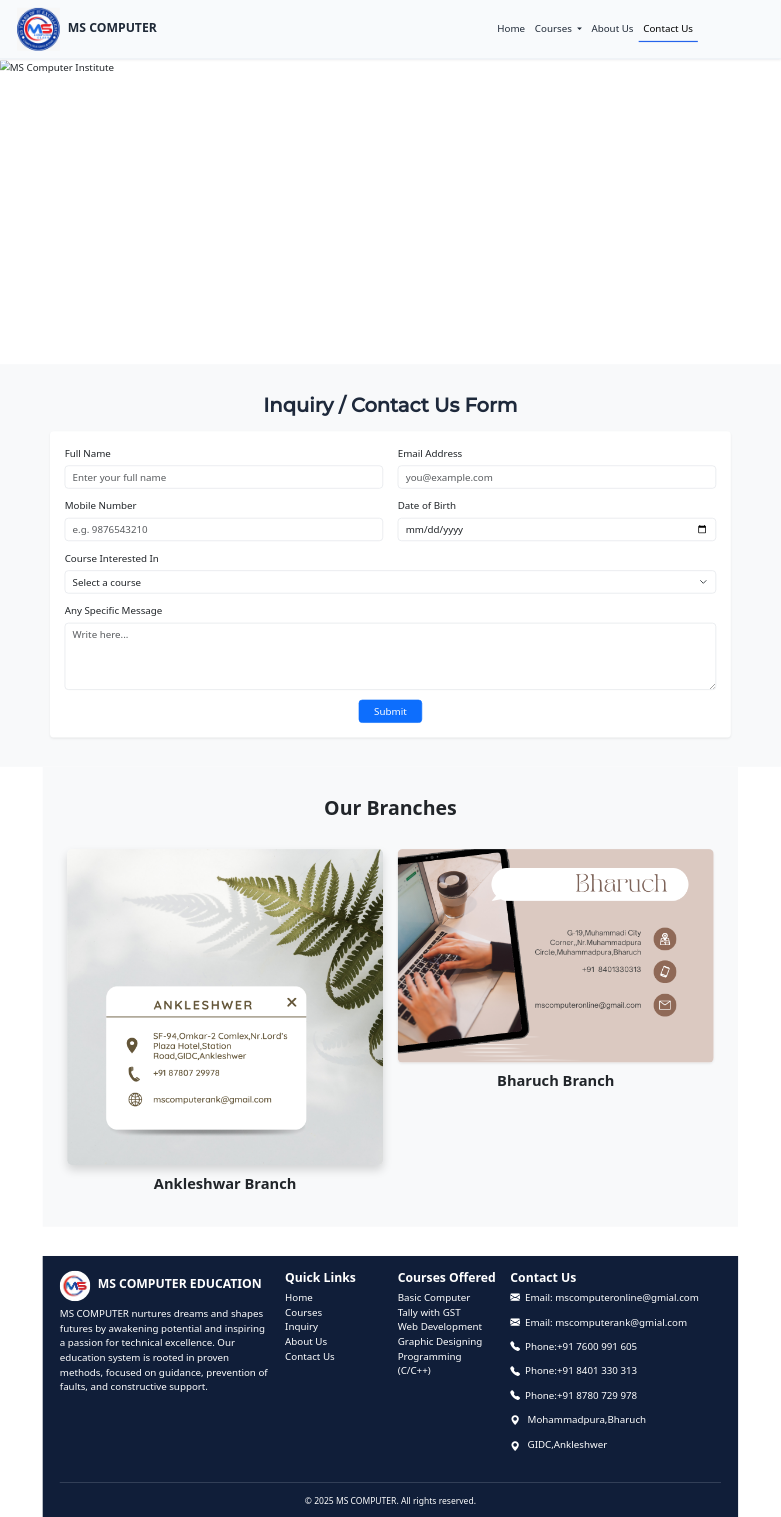
Repository: mscomputer2025/mscomputer
Page: http://localhost/contactus
These files come from the project's save history. The page is drawn as it stood at one moment and after a run of saves; the edit follows.
The browser window is 1280 px wide. The pictures show the whole page, at 61% of full size.
Some web fonts or font styles are not loaded; a fallback is used. The page is served by the project's Laravel application, run on PHP 8.4 with Laravel 12. Other server files are loaded and not shown. Queries for data that is not in the repository find no rows.

Above is the page before, as saved 2025-07-02 20:17:07.

### app/Providers/AppServiceProvider.php
<?php

namespace App\Providers;

use Illuminate\Support\ServiceProvider;
use App\Models\Courses;
use Illuminate\Support\Facades\View;

class AppServiceProvider extends ServiceProvider
{

    public function register(): void
    {
        //
    }

    public function boot()
{
    View::composer('*', function ($view) {
        $view->with('allCourses', Courses::all());
    });
}
}

### app/Providers/ViewServiceProvider.php
<?php

namespace App\Providers;

use Illuminate\Support\ServiceProvider;
use Illuminate\Support\Facades\View;
use Illuminate\View\Compilers\BladeCompiler;
use Illuminate\Support\Facades\Validator;
use App\Models\Courses;

class ViewServiceProvider extends ServiceProvider
{

    public function register(): void
    {
        //
    }


    public function boot()
    {
        View::composer('*', function ($view) {
            $courses = Courses::all();
            $view->with('courses', $courses);
        });
    }
}

### routes/web.php
<?php

use Illuminate\Support\Facades\Route;

Route::get('/', function () {
    return view('homepage');
});
Route::get('/contactus', function () {
    return view('contactus');
});

### app/Models/Courses.php
<?php

namespace App\Models;

use Illuminate\Database\Eloquent\Model;

class Courses extends Model
{
    protected $fillable = [
        'course_id', 'course_title', 'course_image', 'course_duration',
        'course_description', 'course_curriculum', 'course_rating', 'course_reviews'
    ];

    protected $casts = [
        'course_curriculum' => 'array',
    ];
}

### resources/views/contactus.blade.php
@extends('master.master')

@section('title', 'Contact Us')

@section('content')

    <div class="contact-banner position-relative">
        <img src="{{ asset('images/contact.png') }}" alt="MS Computer Institute" class="w-100 h-100 object-fit-cover">
    </div>

    <section class="py-5 bg-light">
        <div class="container">
            <h2 class="fw-bold text-center mb-4">Inquiry / Contact Us Form</h2>

            <form class="bg-white p-4 rounded shadow-sm">
                <div class="row mb-3">
                    <div class="col-md-6 mb-3 mb-md-0">
                        <label for="name" class="form-label">Full Name</label>
                        <input type="text" class="form-control" id="name" placeholder="Enter your full name">
                    </div>
                    <div class="col-md-6">
                        <label for="email" class="form-label">Email Address</label>
                        <input type="email" class="form-control" id="email" placeholder="you@example.com">
                    </div>
                </div>

                <div class="row mb-3">
                    <div class="col-md-6 mb-3 mb-md-0">
                        <label for="phone" class="form-label">Mobile Number</label>
                        <input type="tel" class="form-control" id="phone" placeholder="e.g. 9876543210">
                    </div>
                    <div class="col-md-6">
                        <label for="dob" class="form-label">Date of Birth</label>
                        <input type="date" class="form-control" id="dob">
                    </div>
                </div>

                <div class="mb-3">
                    <label for="course" class="form-label">Course Interested In</label>
                    <select class="form-select" id="course">
                        <option selected disabled>Select a course</option>
                        <option>Basic Computer Course</option>
                        <option>Financial Accounting</option>
                        <option>DTP</option>
                        <option>Microsoft Office</option>
                        <option>Web Development</option>
                        <option>Graphic Design</option>
                    </select>
                </div>

                <div class="mb-3">
                    <label for="message" class="form-label">Any Specific Message</label>
                    <textarea class="form-control" id="message" rows="4" placeholder="Write here..."></textarea>
                </div>

                <div class="text-center">
                    <button type="submit" class="btn btn-primary px-4">Submit</button>
                </div>
            </form>
        </div>
    </section>
   <div class="container py-5 bg-light">
    <h2 class="fw-bold text-center mb-5">Our Branches</h2>
    <div class="row justify-content-center g-4 mx-3">
        <!-- Ankleshwar Branch -->
        <div class="col-md-6 text-center">
            <img src="{{ asset('images/ankleshwer_branch.png') }}" alt="Ankleshwar Branch"
                class="img-fluid rounded-3 shadow" >
            <h4 class="fw-semibold mt-3">Ankleshwar Branch</h4>
        </div>

        <!-- Bharuch Branch -->
        <div class="col-md-6 text-center">
            <img src="{{ asset('images/bharuch_branch.png') }}" alt="Bharuch Branch"
                class="img-fluid rounded-3 shadow-sm" style="max-height: 350px; object-fit: cover; width: 100%;">
            <h4 class="fw-semibold mt-3">Bharuch Branch</h4>
        </div>
    </div>
</div>

@endsection

### resources/views/master/master.blade.php
<!DOCTYPE html>
<html lang="en">
<head>
    <meta charset="UTF-8">
    <meta name="viewport" content="width=device-width, initial-scale=1.0">
    <link rel="stylesheet" href="{{ asset('css/master.css') }}">
    <link href="https://fonts.googleapis.com/css2?family=Poppins&display=swap" rel="stylesheet">
    <link href="https://fonts.googleapis.com/css2?family=Orbitron:wght@600&family=Montserrat:wght@500&display=swap" rel="stylesheet">
    <link rel="stylesheet" href="https://cdn.jsdelivr.net/npm/bootstrap-icons@1.10.5/font/bootstrap-icons.css">
    <link href="https://cdn.jsdelivr.net/npm/bootstrap@5.3.7/dist/css/bootstrap.min.css" rel="stylesheet">
    <title>MS COMPUTER - @yield('title')</title>
</head>
<body>

    @include('master.header')

    <main>
        @yield('content')
    </main>

    @include('master.footer')

    <script src="https://cdn.jsdelivr.net/npm/bootstrap@5.3.7/dist/js/bootstrap.bundle.min.js"></script>
</body>
</html>

### resources/views/master/header.blade.php
<nav class="navbar navbar-expand-lg navbar-light shadow-sm">
    <div class="container mx-3">
        <a class="navbar-brand" href="#">
            <img src="{{ asset('logo.jpeg') }}" alt="Institute Logo" width="70" height="100" class="img-fluid">
            <span class="ms-2 fw-bold">MS COMPUTER</span>
        </a>
        <button class="navbar-toggler" type="button" data-bs-toggle="collapse" data-bs-target="#navbarContent"
            aria-controls="navbarContent" aria-expanded="false" aria-label="Toggle navigation">
            <span class="navbar-toggler-icon"></span>
        </button>

        <div class="collapse navbar-collapse justify-content-end" id="navbarContent">
            <ul class="navbar-nav mb-2 mb-lg-0">

                <li class="nav-item">
                    <a class="nav-link {{ request()->is('/') ? 'active' : '' }}" href="{{ url('/') }}">Home</a>
                </li>

                <li class="nav-item dropdown">
                    <a class="nav-link dropdown-toggle {{ request()->is('courses*') ? 'active' : '' }}" href="#" id="coursesDropdown"
                        role="button" data-bs-toggle="dropdown" aria-expanded="false">
                        Courses
                    </a>
                    <ul class="dropdown-menu" aria-labelledby="coursesDropdown">
                        <li><a class="dropdown-item" href="#">Basic Computer</a></li>
                        <li><a class="dropdown-item" href="#">Tally GST</a></li>
                        <li><a class="dropdown-item" href="#">Web Development</a></li>
                        <li><a class="dropdown-item" href="#">Graphic Design</a></li>
                    </ul>
                </li>

                <li class="nav-item">
                    <a class="nav-link {{ request()->is('about') ? 'active' : '' }}" href="{{ url('/about') }}">About Us</a>
                </li>

                <li class="nav-item">
                    <a class="nav-link {{ request()->is('contactus') ? 'active' : '' }}" href="{{ url('/contactus') }}">Contact Us</a>
                </li>

            </ul>
        </div>
    </div>
</nav>

### resources/views/master/footer.blade.php
<footer class="container text-white pt-4 pb-3 mt-5 footer-bg">
    <div class="mx-3">
        <div class="row">
            <!-- Institute Info -->
            <div class="col-md-4 mb-3">
                <a class="navbar-brand" href="#">
                    <img src="{{ asset('footerlogo.jpg') }}" alt="Institute Logo" width="50" height="70"
                        class="img-fluid rounded-circle me-2">
                </a>
                <span class="fw-bold h5">MS COMPUTER EDUCATION</span>
                <p class="mt-2">
                    MS COMPUTER nurtures dreams and shapes futures by awakening potential and inspiring a passion for
                    technical excellence. Our education system is rooted in proven methods, focused on guidance,
                    prevention of faults, and constructive support.
                </p>
            </div>

            <!-- Quick Links -->
            <div class="col-md-2 mb-3">
                <h5 class="fw-bold">Quick Links</h5>
                <ul class="list-unstyled">
                    <li><a href="#" class="text-white text-decoration-none">Home</a></li>
                    <li><a href="#" class="text-white text-decoration-none">Courses</a></li>
                    <li><a href="#" class="text-white text-decoration-none">Inquiry</a></li>
                    <li><a href="#" class="text-white text-decoration-none">About Us</a></li>
                    <li><a href="#" class="text-white text-decoration-none">Contact Us</a></li>
                </ul>
            </div>

            <!-- Courses Offered -->
            <div class="col-md-2 mb-3">
                <h5 class="fw-bold">Courses Offered</h5>
                <ul class="list-unstyled">
                    <li><a href="#" class="text-white text-decoration-none">Basic Computer</a></li>
                    <li><a href="#" class="text-white text-decoration-none">Tally with GST</a></li>
                    <li><a href="#" class="text-white text-decoration-none">Web Development</a></li>
                    <li><a href="#" class="text-white text-decoration-none">Graphic Designing</a></li>
                    <li><a href="#" class="text-white text-decoration-none">Programming (C/C++)</a></li>
                </ul>
            </div>

            <!-- Contact Info -->
            <div class="col-md-4 mb-3">
                <h5 class="fw-bold">Contact Us</h5>
                <p><i class="bi bi-envelope-fill me-2"></i>Email: mscomputeronline@gmial.com</p>
                <p><i class="bi bi-envelope-fill me-2"></i>Email: mscomputerank@gmial.com</p>
                <p><i class="bi bi-telephone-fill me-2"></i>Phone:+91 7600 991 605 </p>
                <p><i class="bi bi-telephone-fill me-2"></i>Phone:+91 8401 330 313</p>
                <p><i class="bi bi-telephone-fill me-2"></i>Phone:+91 8780 729 978</p>
                <p><i class="bi bi-geo-alt-fill me-2 align-middle"></i> Mohammadpura,Bharuch</p>
                <p><i class="bi bi-geo-alt-fill me-2 align-middle"></i> GIDC,Ankleshwer</p>
            </div>
        </div>

        <hr class="bg-secondary">
        <div class="text-center">
            <small>&copy; {{ date('Y') }} MS COMPUTER. All rights reserved.</small>
        </div>
    </div>
</footer>

### public/css/master.css
:root {
  --primary-light: #F8FAFC;
  --accent-blue: #2563EB;
  --nav-text: #1F2937;
  --footer-bg: #101e39;
  --footer-text: #bde6e0;
  --footer-link-hover: #2563EB;
}

.navbar {
  background-color: var(--primary-light);
  border-bottom: 1px solid #e2e8f0;
  /* font-family: 'Orbitron', sans-serif;  */
}

.navbar .navbar-brand span {
  color: var(--nav-text);
  font-weight: 700;
}

.navbar .nav-link {
  color: var(--nav-text);
  font-weight: 500;
}

.navbar .nav-link.active,
.navbar .nav-link:hover {
  color: var(--accent-blue);
  border-bottom: 2px solid var(--accent-blue);
}

/* Dropdown Styling */
.navbar .dropdown-menu {
  background-color: var(--primary-light);
  border: 1px solid #e2e8f0;
  box-shadow: 0 6px 12px rgba(0, 0, 0, 0.1);
}

.navbar .dropdown-item {
  color: var(--nav-text);
}

.navbar .dropdown-item:hover {
  background-color: var(--accent-blue);
  color: white;
}

footer.footer-bg {
  background-color: var(--footer-bg);
  color: var(--footer-text);
}

footer.footer-bg span h5 {
  color: var(--footer-text);
}

footer.footer-bg a {
  color: var(--footer-text);
  text-decoration: none;
}

footer.footer-bg a:hover {
  color: var(--footer-link-hover);
  text-decoration: underline;
}

footer.footer-bg hr {
  border-top: 1px solid #cbd5e1;
}

.hero {
  width: 100%;
  height: 100vh;
    background-image: url('../images/herosection.jpeg');
  background-position: center center;
  background-size: cover;
  background-repeat: no-repeat;
  position: relative;
  display: flex;
  align-items: center;
  justify-content: center;
  text-align: center;
  color: white;
  overflow: hidden;
  /* font-family: 'Orbitron', sans-serif; */
  padding: 0 15px;
}

.hero::before {
  content: "";
  position: absolute;
  inset: 0;
  background-color: rgba(0, 0, 0, 0.4);
  z-index: 1;
}
.hero>div {
  position: relative;
  z-index: 2;
  text-shadow: 0 2px 8px rgba(0, 0, 0, 0.8);
  max-width: 800px;
  margin: auto;
}
@media (max-width: 768px) {
  .hero h1 {
    font-size: 2rem;
  }

  .hero p {
    font-size: 1rem;
  }
}
@media (max-width: 480px) {
  .hero {
    height: 80vh;
    padding: 20px;
  }
  .hero h1 {
    font-size: 1.5rem;
  }

  .hero p {
    font-size: 0.95rem;
  }
}
.course-box {
  transition: transform 0.3s ease,
}
.course-box:hover {
  transform: translateY(-5px);
  box-shadow: 0 10px 20px rgba(12, 12, 12, 0.1);
}
.heading-styled {
  font-family: 'Orbitron', sans-serif;
  font-size: 2rem;
  letter-spacing: 1px;
  color: #1f2937;
  position: relative;
}
@media (max-width: 576px) {
  .heading-styled {
    font-size: 1.5rem;
  }
}
.heading-styled::after {
  content: "";
  width: 60%;
  height: 3px;
  position: absolute;
  bottom: -10px;
  left: 0;
  border-radius: 2px;
}
section .fw-bold {
  font-family: 'Montserrat', sans-serif;
  color: #1e293b;
}

section p {
  font-size: 1.05rem;
  line-height: 1.7;
  color: #334155;
}
.about-image {
  max-height: 500px;
  object-fit: cover;
  width: 70%;
}

@media (max-width: 768px) {
  .about-image {
    width: 100%;
  }
}
.cert-logo {

  object-fit: contain;
  transition: transform 0.3s ease;
}

.cert-logo:hover {
  transform: scale(1.1);
}

.typewriter {
  overflow: hidden;
  border-right: 2px solid #000;
  white-space: nowrap;
  margin: 0 auto;
  animation: typing 3s steps(40, end), blink 0.75s step-end infinite;
  width: fit-content;
}

@keyframes typing {
  from { width: 0 }
  to { width: 100% }
}
@keyframes blink {
  50% { border-color: transparent }
}
.contact-banner {
  height: 500px;
  overflow: hidden;
}

@media (max-width: 768px) {
  .contact-banner {
    height: 250px;
  }
}

.object-fit-cover {
  object-fit: cover;
}

After the next 2 saves:
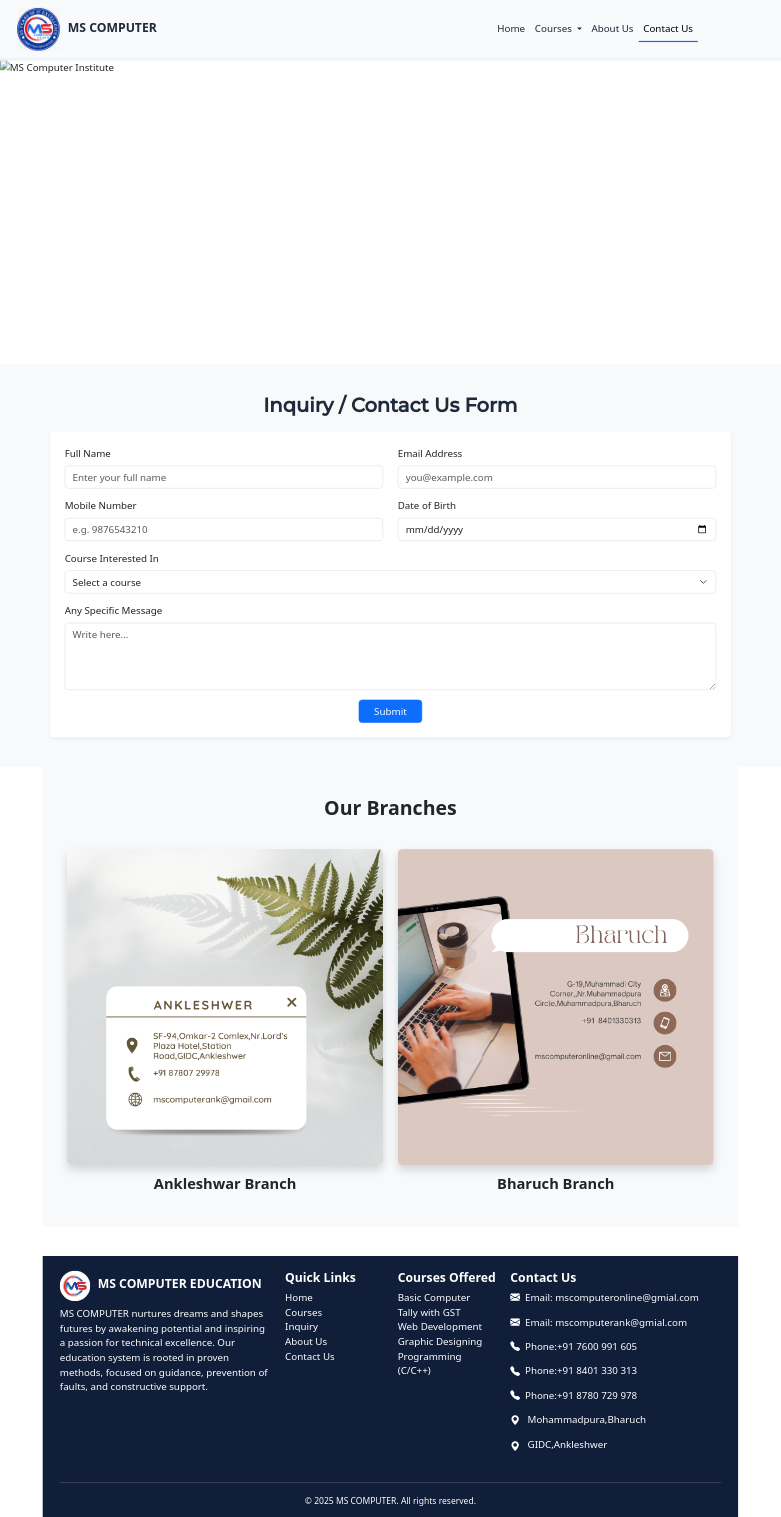
The 2 saves are shown as one change because they came seconds apart.
The last was saved 8 s later.
--- a/resources/views/contactus.blade.php
+++ b/resources/views/contactus.blade.php
@@ -72,7 +72,7 @@
         <!-- Bharuch Branch -->
         <div class="col-md-6 text-center">
             <img src="{{ asset('images/bharuch_branch.png') }}" alt="Bharuch Branch"
-                class="img-fluid rounded-3 shadow-sm" style="max-height: 350px; object-fit: cover; width: 100%;">
+                class="img-fluid rounded-3 shadow" >
             <h4 class="fw-semibold mt-3">Bharuch Branch</h4>
         </div>
     </div>
